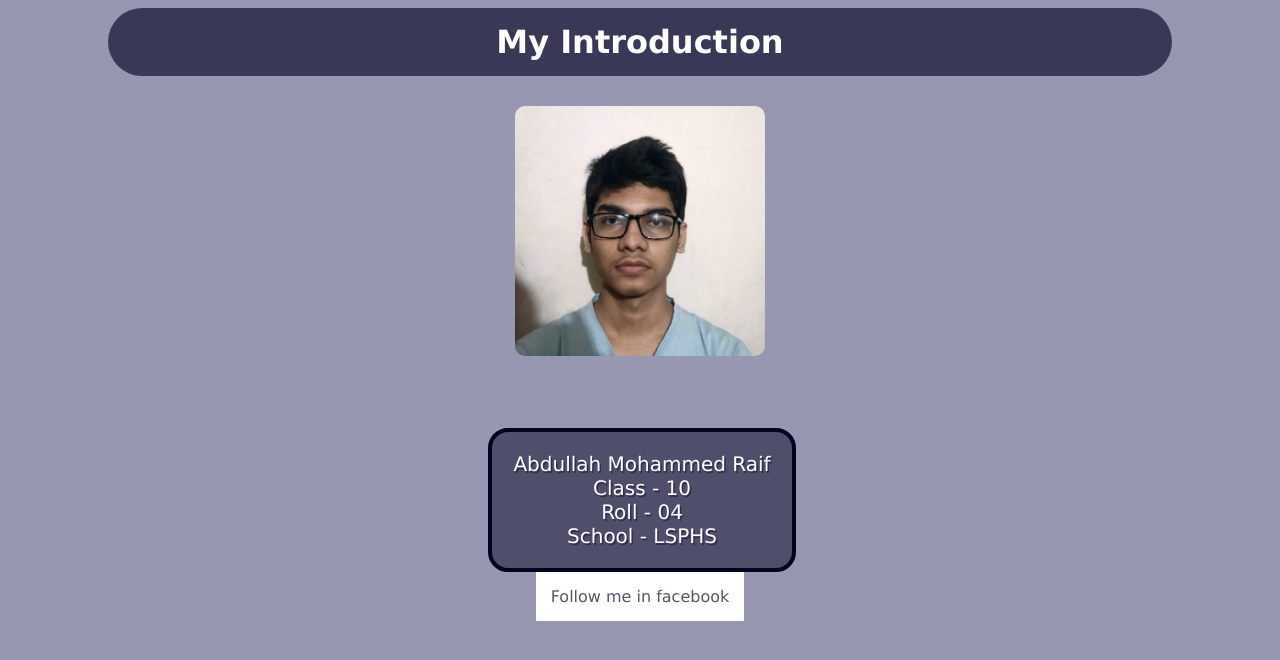
Repository: Raif-007/Portfolio
Page: index.html
These files come from the project's save history. The page is drawn as it stood at one moment and after the next save; the edit follows.
The browser window is 1280 px wide. The pictures show the whole page.

Above is the page before, as saved 2021-07-05 17:33:26.

After the next save:
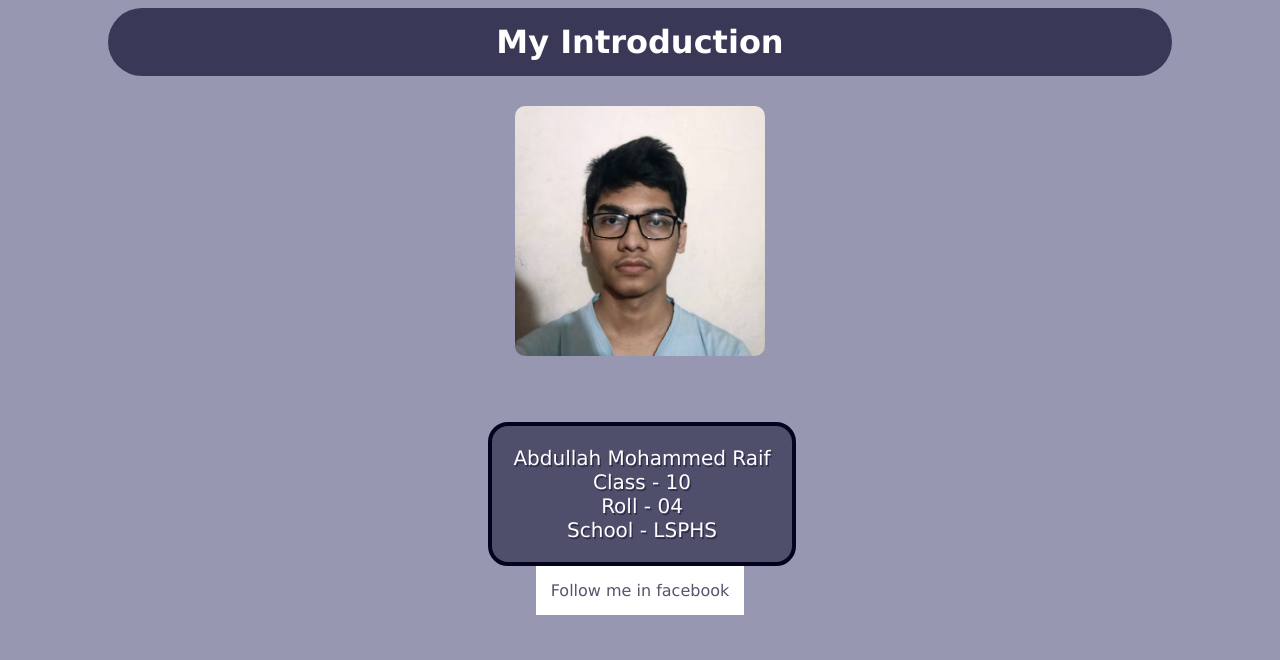
Saved 4 s later.
--- a/styles.css
+++ b/styles.css
@@ -17,7 +17,7 @@
                 height: 250px;
                 margin-top: 30px;
                 border-radius: 10px;
-                margin-bottom: 18px;
+                margin-bottom: 12px;
             }
 
             div {
